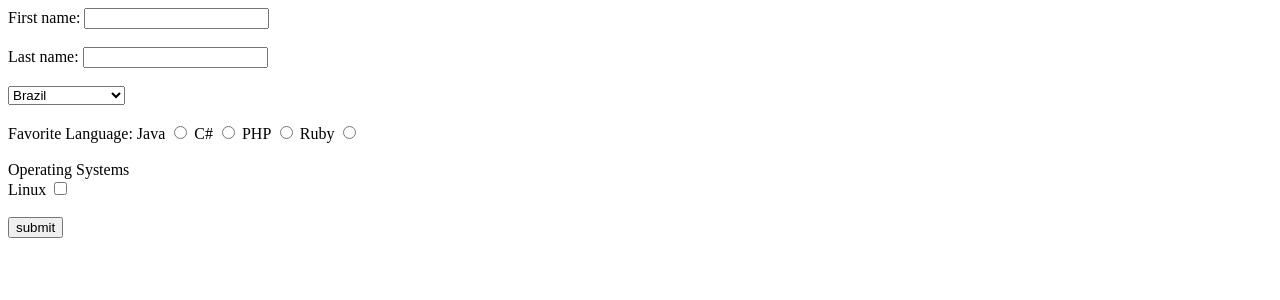
Repository: cs2252/spring-udemy
Page: http://localhost/spring-mvc-demo/student/showForm
An editor plug-in stored every save of this project. The page is shown before and after the next save, followed by the edit.
The browser window is 1280 px wide. The pictures show the whole page.
The page is served by Tomcat 9. The template is opened directly, without the code that normally fills it, so the values that code supplies are empty.

Above is the page before, as saved 2020-06-17 10:52:56.

After the next save:
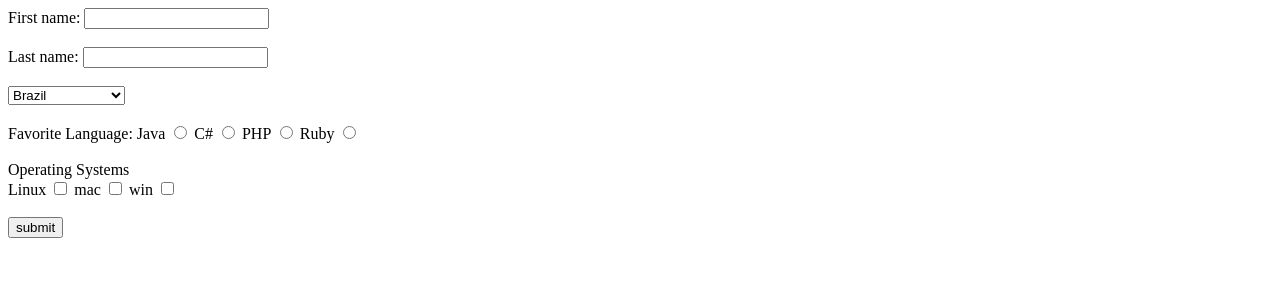
Saved 20 s later.
--- a/spring-mvc-demo/WebContent/WEB-INF/view/student-form.jsp
+++ b/spring-mvc-demo/WebContent/WEB-INF/view/student-form.jsp
@@ -29,6 +29,8 @@
 	<br><br>
 	Operating Systems<br>
 	Linux <form:checkbox path="operatingSystems" value="Linux"/>
+	mac <form:checkbox path="operatingSystems" value="mac"/>
+	win <form:checkbox path="operatingSystems" value="win"/>
 	<br><br>
 	<input type="submit" value="submit" />
 	</form:form>
